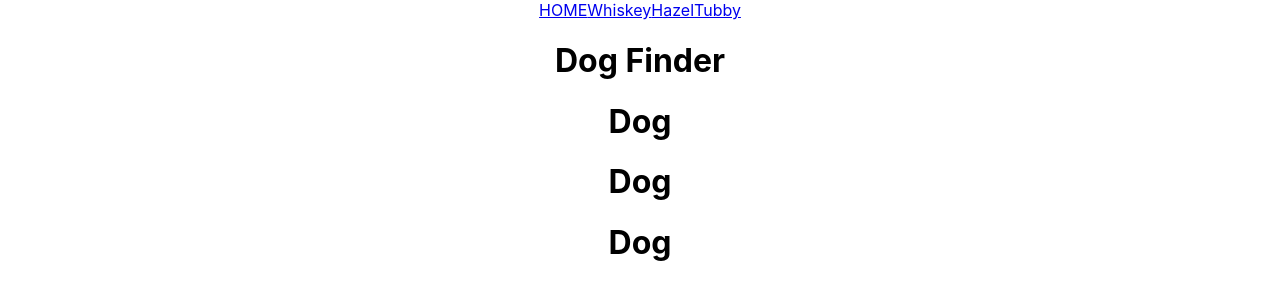
Repository: johnmutina/dog-finder
Page: /
These files come from the project's save history. The page is drawn as it stood at one moment and after the next save; the edit follows.
The browser window is 1280 px wide. The pictures show the whole page.
The project was rebuilt for these pictures with package versions that can differ from the ones it lists, and the page was loaded fresh each time.

Above is the page before, as saved 2019-07-28 11:45:13.

After the next save:
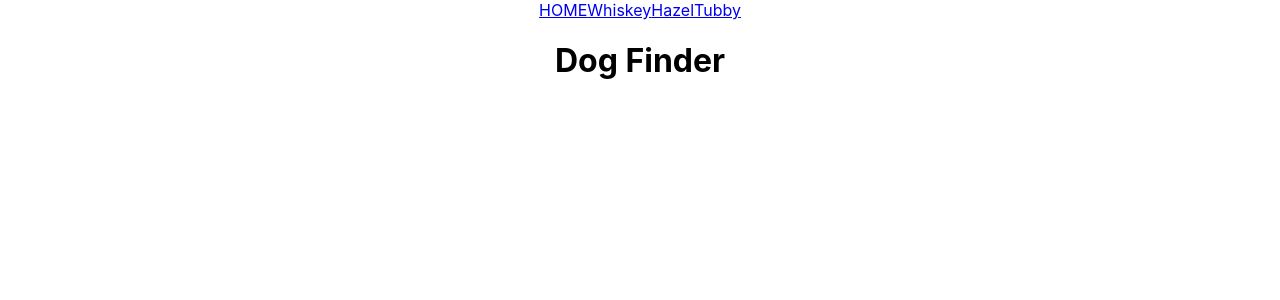
Saved 35 s later.
--- a/src/Dog.js
+++ b/src/Dog.js
@@ -4,7 +4,7 @@ class Dog extends Component {
   render() {
     return (
       <div>
-        <h1>Dog</h1>
+        <h1>{console.log(this.props)}</h1>
       </div>
     );
   }
